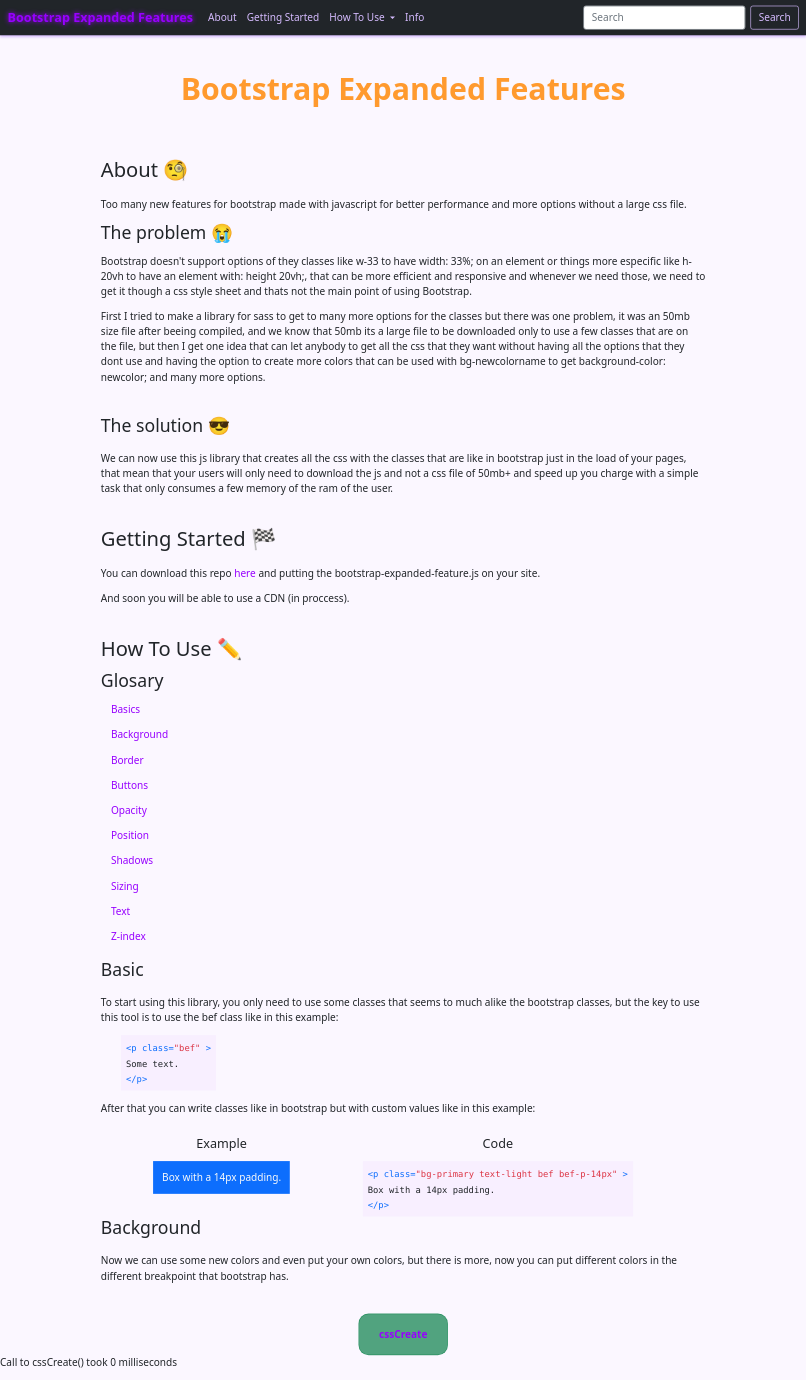
Repository: LynxPardelle/bootstrap-expanded-features
Page: index.html
An editor plug-in stored every save of this project. The page is shown before and after the next save, followed by the edit.
The browser window is 1280 px wide. The pictures show the whole page, at 63% of full size.

Above is the page before, as saved 2022-01-02 05:44:04.

### index.html
<!DOCTYPE html>
<html lang="es">
  <head>
    <meta charset="UTF-8" />
    <meta http-equiv="X-UA-Compatible" content="IE=edge" />
    <meta name="viewport" content="width=device-width, initial-scale=1.0" />
    <title>Bootstrap Expanded Features</title>
    <link
      href="https://cdn.jsdelivr.net/npm/bootstrap@5.1.3/dist/css/bootstrap.min.css"
      rel="stylesheet"
      integrity="sha384-1BmE4kWBq78iYhFldvKuhfTAU6auU8tT94WrHftjDbrCEXSU1oBoqyl2QvZ6jIW3"
      crossorigin="anonymous"
    />
    <link rel="stylesheet" href="./style.css" />
  </head>
  <body class="bef bef-bg-futurePop__OPA__0_03">
    <header>
      <nav
        class="
          navbar navbar-expand-lg navbar-dark
          bg-dark
          align-items-center
          bef
          bef-boxShadow-0px__2px__4px__lavender
          position-fixed
          top-0
          w-100
        "
      >
        <div class="container-fluid">
          <a
            class="
              navbar-brand
              bef bef-text-futurePop
              fw-bolder
              bef-textShadow-0px__0px__8px__futurePop
            "
            href="#"
            >Bootstrap Expanded Features</a
          >
          <button
            class="navbar-toggler"
            type="button"
            data-bs-toggle="collapse"
            data-bs-target="#navbarSupportedContent"
            aria-controls="navbarSupportedContent"
            aria-expanded="false"
            aria-label="Toggle navigation"
          >
            <span class="navbar-toggler-icon"></span>
          </button>
          <div class="collapse navbar-collapse" id="navbarSupportedContent">
            <ul class="navbar-nav me-auto mb-lg-0">
              <li class="nav-item">
                <a class="nav-link bef bef-text-lavender" href="#about"
                  >About</a
                >
              </li>
              <li class="nav-item">
                <a
                  class="nav-link bef bef-text-lavender"
                  href="#getting_started"
                  >Getting Started</a
                >
              </li>
              <li class="nav-item dropdown">
                <a
                  class="nav-link bef bef-text-lavender dropdown-toggle"
                  href="#howToUse"
                  id="navbarDropdown"
                  role="button"
                  data-bs-toggle="dropdown"
                  aria-expanded="false"
                >
                  How To Use
                </a>
                <ul
                  class="dropdown-menu dropdown-menu-dark"
                  aria-labelledby="navbarDropdown"
                >
                  <li>
                    <a class="dropdown-item bef bef-text-lavender" href="#"
                      >Action</a
                    >
                  </li>
                  <li>
                    <a class="dropdown-item bef bef-text-lavender" href="#"
                      >Another action</a
                    >
                  </li>
                  <li><hr class="dropdown-divider" /></li>
                  <li>
                    <a class="dropdown-item bef bef-text-lavender" href="#"
                      >Something else here</a
                    >
                  </li>
                </ul>
              </li>
              <li class="nav-item">
                <a class="nav-link bef bef-text-lavender" href="#Info">Info</a>
              </li>
            </ul>
            <form class="d-flex">
              <input
                id="searchInput"
                class="form-control me-2"
                type="search"
                placeholder="Search"
                aria-label="Search"
              />
              <button class="btn bef bef-btnOutline-lavender">Search</button>
            </form>
          </div>
        </div>
      </nav>

      <h1
        class="
          text-center
          d-block
          bef bef-w-85vw bef-w-md-75vw bef-fs-2rem bef-fs-md-3rem
          bef-m-7rem__auto__5rem
          bef-text-summer
          fw-bolder
        "
      >
        Bootstrap Expanded Features
      </h1>
    </header>

    <div>
      <main class="bef bef-w-85vw bef-wmx-1000px bef-w-md-75vw mx-auto">
        <!-- ABOUT -->
        <section>
          <a id="about"></a>
          <h2>About 🧐</h2>
          <article>
            <p class="mt-4 mb-3 text-start">
              Too many new features for bootstrap made with javascript for
              better performance and more options without a large css file.
            </p>
          </article>
          <!-- THE_PROBLEM -->
          <article>
            <h3>The problem 😭</h3>
            <p class="my-3 text-start">
              Bootstrap doesn't support options of they classes like w-33 to
              have width: 33%; on an element or things more especific like
              h-20vh to have an element with: height 20vh;, that can be more
              efficient and responsive and whenever we need those, we need to
              get it though a css style sheet and thats not the main point of
              using Bootstrap.
            </p>
            <p class="mt-3 mb-5 text-start">
              First I tried to make a library for sass to get to many more
              options for the classes but there was one problem, it was an 50mb
              size file after beeing compiled, and we know that 50mb its a large
              file to be downloaded only to use a few classes that are on the
              file, but then I get one idea that can let anybody to get all the
              css that they want without having all the options that they dont
              use and having the option to create more colors that can be used
              with bg-newcolorname to get background-color: newcolor; and many
              more options.
            </p>
          </article>
          <!-- THE_SOLUTION -->
          <article>
            <h3>The solution 😎</h3>
            <p class="mt-4 mb-5 text-start">
              We can now use this js library that creates all the css with the
              classes that are like in bootstrap just in the load of your pages,
              that mean that your users will only need to download the js and
              not a css file of 50mb+ and speed up you charge with a simple task
              that only consumes a few memory of the ram of the user.
            </p>
          </article>
        </section>
        <!-- GETTING_STARTED -->
        <section>
          <a id="getting_started"></a>
          <h2>Getting Started 🏁</h2>
          <article>
            <p class="mt-4 mb-3 text-start bef bef-link-futurePop">
              You can download this repo
              <a
                class="text-decoration-none"
                href="https://github.com/LynxPardelle/bootstrap-expanded-features.git"
                target="_blank"
                >here</a
              >
              and putting the bootstrap-expanded-feature.js on your site.
            </p>
            <p class="mt-3 mb-5 text-start bef bef-link-futurePop">
              And soon you will be able to use a CDN (in proccess).
            </p>
          </article>
        </section>
        <!-- HOW_TO_USE -->
        <section>
          <a id="howToUse"></a>
          <h2>How To Use ✏️</h2>
          <article class="my-3">
            <h3>Glosary</h3>
            <ul class="nav flex-column bef bef-link-futurePop">
              <li class="nav-item">
                <a class="nav-link" href="#basicHTU">Basics</a>
              </li>
              <li class="nav-item">
                <a class="nav-link" href="#backgroundHTU">Background</a>
              </li>
              <li class="nav-item">
                <a class="nav-link" href="#borderHTU">Border</a>
              </li>
              <li class="nav-item">
                <a class="nav-link" href="#buttonsHTU">Buttons</a>
              </li>
              <li class="nav-item">
                <a class="nav-link" href="#opacityHTU">Opacity</a>
              </li>
              <li class="nav-item">
                <a class="nav-link" href="#positionHTU">Position</a>
              </li>
              <li class="nav-item">
                <a class="nav-link" href="#shadowsHTU">Shadows</a>
              </li>
              <li class="nav-item">
                <a class="nav-link" href="#sizingHTU">Sizing</a>
              </li>
              <li class="nav-item">
                <a class="nav-link" href="#textHTU">Text</a>
              </li>
              <li class="nav-item">
                <a class="nav-link" href="#zIndexHTU">Z-index</a>
              </li>
            </ul>
          </article>
          <!-- BASICHTU -->
          <article>
            <a id="basicHTU"></a>
            <h3>Basic</h3>
            <p class="mt-4 mb-3 text-start bef bef-link-futurePop">
              To start using this library, you only need to use some classes
              that seems to much alike the bootstrap classes, but the key to use
              this tool is to use the bef class like in this example:
            </p>
            <p
              class="
                d-inline-block
                p-2
                bef
                bef-m-0rem__2rem
                bef-bg-futurePop__OPA__0_03
              "
            >
              <code class="text-dark">
                <span class="text-primary">
                  &#60;p class=<span class="text-danger">"bef"</span> &#62;
                </span>
                <br />
                <span> Some text. </span>
                <br />
                <span class="text-primary"> &#60;&#47;p&#62; </span>
              </code>
            </p>
            <p class="mt-3 mb-3 text-start bef bef-link-futurePop">
              After that you can write classes like in bootstrap but with custom
              values like in this example:
            </p>
            <div class="d-flex justify-content-evenly">
              <div>
                <h5 class="text-center my-3">Example</h5>
                <p class="bg-primary text-light bef bef-p-14px">
                  Box with a 14px padding.
                </p>
              </div>
              <div>
                <h5 class="text-center my-3">Code</h5>
                <p
                  class="
                    d-inline-block
                    p-2
                    bef
                    bef-m-0rem__2rem
                    bef-bg-futurePop__OPA__0_03
                  "
                >
                  <code class="text-dark">
                    <span class="text-primary">
                      &#60;p class=<span class="text-danger"
                        >"bg-primary text-light bef bef-p-14px"</span
                      >
                      &#62;
                    </span>
                    <br />
                    <span> Box with a 14px padding. </span>
                    <br />
                    <span class="text-primary"> &#60;&#47;p&#62; </span>
                  </code>
                </p>
              </div>
            </div>
          </article>
          <article>
            <a id="backgroundHTU"></a>
            <h3>Background</h3>
            <p class="mt-4 mb-5 text-start bef bef-link-futurePop">
              Now we can use some new colors and even put your own colors, but
              there is more, now you can put different colors in the different
              breakpoint that bootstrap has.
            </p>
          </article>
        </section>
      </main>
      <aside></aside>
    </div>

    <footer>
      <a id="#info"></a>
      <button
        class="
          btn
          bef
          bef-btn-success__OPA__0_75
          bef-text-futurePop
          fw-bold
          d-block
          mx-auto
          bef-p-1_25rem__2rem
          bef-rounded-1rem
        "
        onclick="cssCreate()"
      >
        cssCreate
      </button>

      <div id="befTimer"></div>
    </footer>

    <!-- TABS
      <nav>
              <div class="nav nav-tabs" id="nav-tab" role="tablist">
                <button
                  class="
                    nav-link
                    active
                    bef bef-text-futurePop bef-textHover-lavender
                    bef-bg-futurePop__OPA__0_03
                  "
                  id="nav-background-tab"
                  data-bs-toggle="tab"
                  data-bs-target="#nav-background"
                  type="button"
                  role="tab"
                  aria-controls="nav-background"
                  aria-selected="false"
                >
                  Background
                </button>
                <button
                  class="
                    nav-link
                    bef bef-text-dark bef-textHover-lavender
                    bef-bg-futurePop__OPA__0
                  "
                  id="nav-border-tab"
                  data-bs-toggle="tab"
                  data-bs-target="#nav-border"
                  type="button"
                  role="tab"
                  aria-controls="nav-border"
                  aria-selected="false"
                >
                  Border
                </button>
                <button
                  class="
                    nav-link
                    bef bef-text-dark bef-textHover-lavender
                    bef-bg-futurePop__OPA__0
                  "
                  id="nav-buttons-tab"
                  data-bs-toggle="tab"
                  data-bs-target="#nav-buttons"
                  type="button"
                  role="tab"
                  aria-controls="nav-buttons"
                  aria-selected="false"
                >
                  Buttons
                </button>
                <button
                  class="
                    nav-link
                    bef bef-text-dark bef-textHover-lavender
                    bef-bg-futurePop__OPA__0
                  "
                  id="nav-opacity-tab"
                  data-bs-toggle="tab"
                  data-bs-target="#nav-opacity"
                  type="button"
                  role="tab"
                  aria-controls="nav-opacity"
                  aria-selected="false"
                >
                  Opacity
                </button>
                <button
                  class="
                    nav-link
                    bef bef-text-dark bef-textHover-lavender
                    bef-bg-futurePop__OPA__0
                  "
                  id="nav-position-tab"
                  data-bs-toggle="tab"
                  data-bs-target="#nav-position"
                  type="button"
                  role="tab"
                  aria-controls="nav-position"
                  aria-selected="false"
                >
                  Position
                </button>
                <button
                  class="
                    nav-link
                    bef bef-text-dark bef-textHover-lavender
                    bef-bg-futurePop__OPA__0
                  "
                  id="nav-shadows-tab"
                  data-bs-toggle="tab"
                  data-bs-target="#nav-shadows"
                  type="button"
                  role="tab"
                  aria-controls="nav-shadows"
                  aria-selected="false"
                >
                  Shadows
                </button>
                <button
                  class="
                    nav-link
                    bef bef-text-dark bef-textHover-lavender
                    bef-bg-futurePop__OPA__0
                  "
                  id="nav-sizing-tab"
                  data-bs-toggle="tab"
                  data-bs-target="#nav-sizing"
                  type="button"
                  role="tab"
                  aria-controls="nav-sizing"
                  aria-selected="true"
                >
                  Sizing
                </button>
                <button
                  class="
                    nav-link
                    bef bef-text-dark bef-textHover-lavender
                    bef-bg-futurePop__OPA__0
                  "
                  id="nav-text-tab"
                  data-bs-toggle="tab"
                  data-bs-target="#nav-text"
                  type="button"
                  role="tab"
                  aria-controls="nav-text"
                  aria-selected="false"
                >
                  Text
                </button>
                <button
                  class="
                    nav-link
                    bef bef-text-dark bef-textHover-lavender
                    bef-bg-futurePop__OPA__0
                  "
                  id="nav-z-index-tab"
                  data-bs-toggle="tab"
                  data-bs-target="#nav-z-index"
                  type="button"
                  role="tab"
                  aria-controls="nav-z-index"
                  aria-selected="false"
                >
                  Z-index
                </button>
              </div>
            </nav>
            <div class="tab-content" id="nav-tabContent">
              <div
                class="tab-pane fade show active mt-3 mb-5"
                id="nav-background"
                role="tabpanel"
                aria-labelledby="nav-background-tab"
              >
                <h3 class="text-center">Background</h3>

                <p>
                  Now we can use some new colors and even put your own colors,
                  but there is more, now you can put diferent colors in the
                  diferent breakpoint that bootstrap has.
                </p>
              </div>
              <div
                class="tab-pane fade"
                id="nav-border"
                role="tabpanel"
                aria-labelledby="nav-border-tab"
              >
                Border
              </div>
              <div
                class="tab-pane fade"
                id="nav-buttons"
                role="tabpanel"
                aria-labelledby="nav-buttons-tab"
              >
                Buttons
              </div>
              <div
                class="tab-pane fade"
                id="nav-opacity"
                role="tabpanel"
                aria-labelledby="nav-opacity-tab"
              >
                Opacity
              </div>
              <div
                class="tab-pane fade"
                id="nav-position"
                role="tabpanel"
                aria-labelledby="nav-position-tab"
              >
                Position
              </div>
              <div
                class="tab-pane fade"
                id="nav-shadows"
                role="tabpanel"
                aria-labelledby="nav-shadows-tab"
              >
                Shadows
              </div>
              <div
                class="tab-pane fade"
                id="nav-sizing"
                role="tabpanel"
                aria-labelledby="nav-sizing-tab"
              >
                Sizing
              </div>
              <div
                class="tab-pane fade"
                id="nav-text"
                role="tabpanel"
                aria-labelledby="nav-text-tab"
              >
                Text
              </div>
              <div
                class="tab-pane fade"
                id="nav-z-index"
                role="tabpanel"
                aria-labelledby="nav-z-index-tab"
              >
                Z-Index
              </div>
            </div>
-->

    <!--
Classes:
w width
h height
wmx max-width
hmx max-height
wmn min-width
hmn min-height
rounded border-radius
z z-index
opacity opacity
top top
bottom bottom
end left
start right
fs font-size
lh line-height
gap gap
p padding
m margin
border border-width
borderStyle border-style

bg background-color
text color
link a color
borderColor border-color
btn background-color border-color box-shadow
btnOutline border-color box-shadow
boxShadow box-shadow
textShadow text-shadow

Sides:
s left
e right
t top
b bottom
x left & right
y top & bottom

BreakPoints:
sm 576
md 768
lg 992
xl 1200
xxl 1400
-->
    <script
      src="https://cdn.jsdelivr.net/npm/bootstrap@5.1.3/dist/js/bootstrap.bundle.min.js"
      integrity="sha384-ka7Sk0Gln4gmtz2MlQnikT1wXgYsOg+OMhuP+IlRH9sENBO0LRn5q+8nbTov4+1p"
      crossorigin="anonymous"
    ></script>
    <script>
      var colors = {
        monster: "#00AA00",
        futurePop: "#9700FF",
      };
    </script>
    <script src="./bootstrap-expanded-features.js"></script>
    <script src="./bef-example-page.js"></script>
  </body>
</html>

Loaded but not shown: bootstrap-expanded-features.js (library); bef-example-page.js (64 lines, source omitted); style.css (no stored copy; drawn as an empty file)

After the next save:
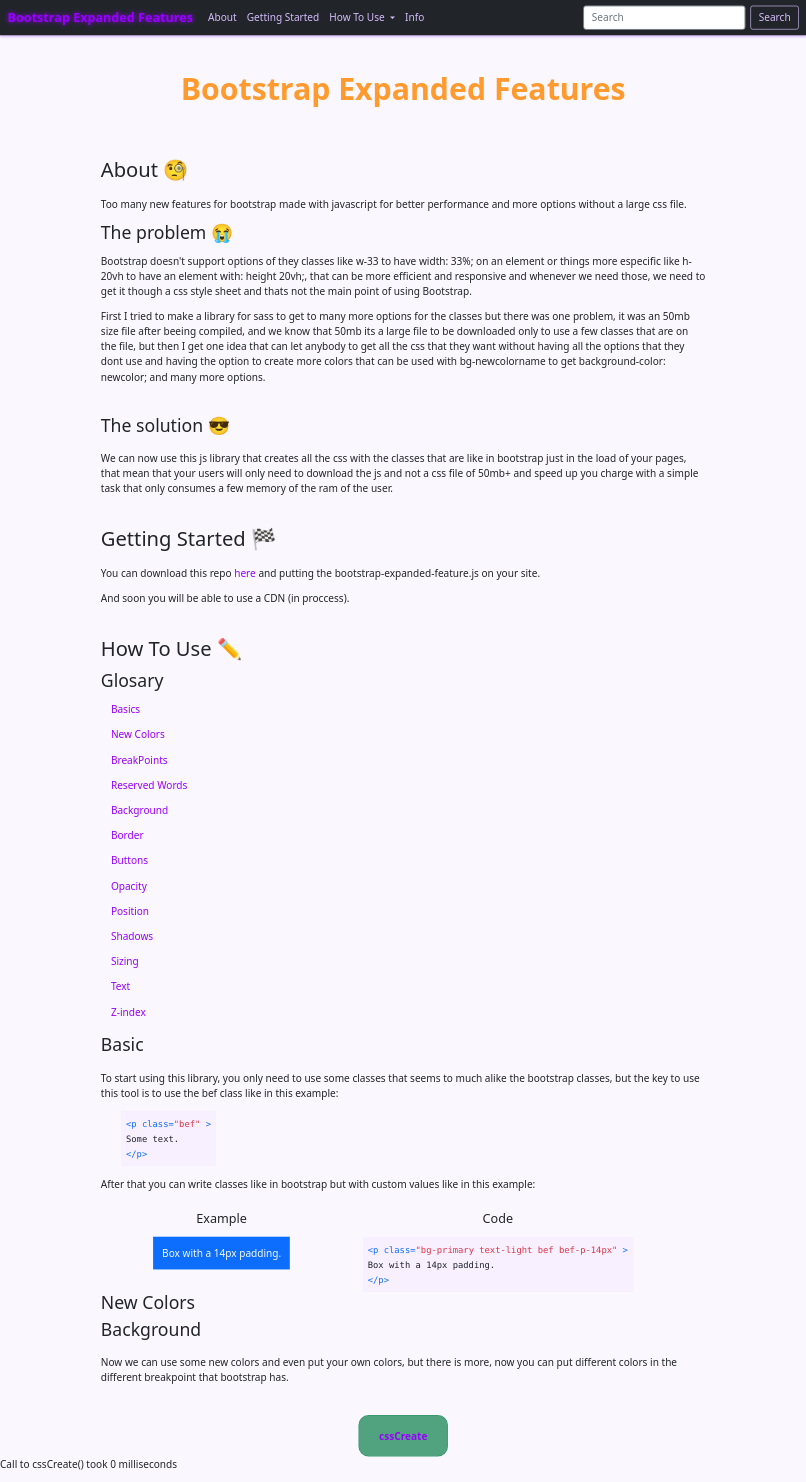
Saved 2 min 55 s later.
--- a/index.html
+++ b/index.html
@@ -204,6 +204,19 @@
             <ul class="nav flex-column bef bef-link-futurePop">
               <li class="nav-item">
                 <a class="nav-link" href="#basicHTU">Basics</a>
+                <ul class="nav flex-column bef bef-link-futurePop">
+                  <li class="nav-item">
+                    <a class="nav-link" href="#newColorsBasicHTU">New Colors</a>
+                  </li>
+                  <li class="nav-item">
+                    <a class="nav-link" href="#bpsBasicHTU">BreakPoints</a>
+                  </li>
+                  <li class="nav-item">
+                    <a class="nav-link" href="#reswordsBasicHTU"
+                      >Reserved Words</a
+                    >
+                  </li>
+                </ul>
               </li>
               <li class="nav-item">
                 <a class="nav-link" href="#backgroundHTU">Background</a>
@@ -299,6 +312,9 @@
                 </p>
               </div>
             </div>
+            <!-- NEWCOLORSBASICHTU -->
+            <a id="newColorsBasicHTU"></a>
+            <h3>New Colors</h3>
           </article>
           <article>
             <a id="backgroundHTU"></a>
